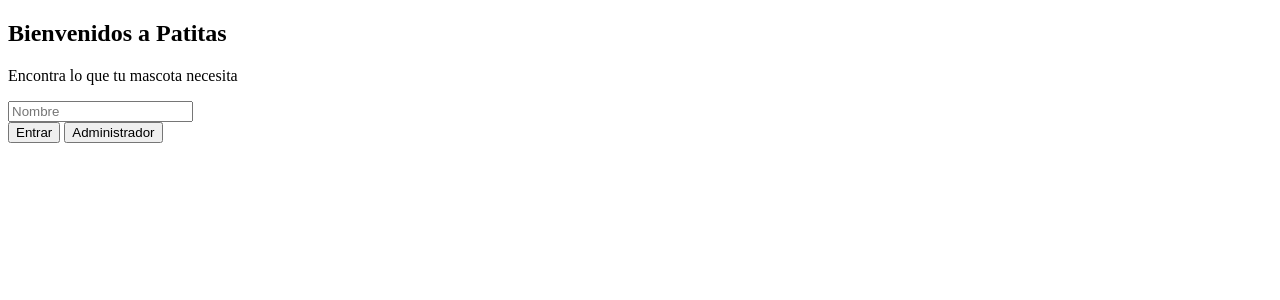
Repository: frank980-0/TP_Integrador_Progra_3
Page: public/index.html
The author's editor kept a copy of each file at every save. The page is drawn from the files as they stood at one save, then again after the next save.
The browser window is 1280 px wide. The pictures show the whole page.

Above is the page before, as saved 2026-05-30 13:02:49.

### public/index.html
<!doctype html>
<html lang="es">

<head>
  <meta charset="UTF-8" />
  <meta name="viewport" content="width=device-width, initial-scale=1.0" />
  <title>Patitas</title>
  <link rel="stylesheet" href="./css/estilos.css">
</head>

<body>
  <section id="pantalla-inicio">
    <h1>Bienvenidos a Patitas</h1>
    <p>Encontra lo que tu mascota necesita</p>
    <input type="text" id="input-nombre" placeholder="Nombre" required />
    <div class="botones_inicio">
      <button id="btn-entrar">Entrar</button>
      <button id="btn-admin">Administrador</button>
    </div>
  </section>

  <section id="pantalla-login-admin" class="oculta">
    <h2>Ingreso de Personal</h2>
    <p>Por favor, valide su identidad para gestionar la tienda.</p>

    <div style="margin-bottom: 10px;">
      <input type="text" id="input-admin-user" placeholder="Usuario">
    </div>
    <div style="margin-bottom: 10px;">
      <input type="password" id="input-admin-pass" placeholder="Contraseña">
    </div>

    <button id="btn-validar-admin">Ingresar</button>
    <button id="btn-cancelar-admin">Cancelar</button>
  </section>

  <section id="pantalla-admin" class="oculta">
    <h2>Panel de Administración</h2>
    <p>Acá se gestionará el stock de la tienda.</p>

    <div id="contenedor-gestion-productos"></div>

    <button id="btn-volver-admin">Volver al Inicio</button>
  </section>

  <section id="pantalla-productos" class="ocultar">
    <h2>Catalogo</h2>
    <div>Carrito</div>
    <nav>
      <button id="btn-filtro-todos">Todos</button>
      <button id="btn-filtro-perros">Perros</button>
      <button id="btn-filtro-gatos">Gatos</button>
    </nav>
    <div id="lista_productos"></div>
  </section>

  <section id="pantalla-carrito" class="oculta">
    <h2>Tu Carrito</h2>
    <div id="lista-carrito-detalle"></div>
    <h3>Total: $<span id="total-carrito">0</span></h3>
    <button id="btn-finalizar-compra">Finalizar Compra</button>
    <button id="btn-seguir-comprando">Seguir Comprando</button>
  </section>

  <section id="pantalla-ticket">
    <div id="ticket-contenido">
      <!-- Se llena dinámicamente -->
    </div>
    <button id="btn-salir-nuevo-cliente">Salir / Nuevo Cliente</button>
  </section>

  <script type="module" src="./js/main.js"></script>
</body>

</html>

### public/css/estilos.css
.oculta {
    display: none !important;
  }

### public/js/main.js
import {  } from './pantallaInicio.js';
import { renderizarProductos, productosDb } from './pantallaProductos.js';
import {  } from './pantallaCarrito.js';
import {  } from './pantallaTicket.js';

// --- ESTADO GLOBAL ---
let estado = {
  nombreCliente: '',
  carrito: [], // Array de objetos: { id, nombre, variante, precio, cantidad }
  productos: productosDb // Aquí cargarás tus datos (mock o API)
};


// 1. Capturamos todas las secciones
const secciones = {
  bienvenida: document.getElementById('pantalla-inicio'),
  catalogo: document.getElementById('pantalla-productos'),
  carrito: document.getElementById('pantalla-carrito'),
  ticket: document.getElementById('pantalla-ticket'),
  admin: document.getElementById('pantalla-admin'),

};



// 2. Función maestra para cambiar pantallas
export function mostrarPantalla(pantallaDeseada) {
  // Primero, le ponemos la clase "oculta" a TODAS
  Object.values(secciones).forEach(seccion => {
    seccion.classList.add('oculta');
  });

  // Segundo, se la sacamos SOLO a la que queremos ver
  secciones[pantallaDeseada].classList.remove('oculta');
}

// 3. Asignamos los eventos a los botones de navegación
document.getElementById('btn-entrar').addEventListener('click', () => {
  // Acá podrías capturar el nombre del input y guardarlo en tu estado global antes de cambiar
  mostrarPantalla('catalogo');
});

// Botón para entrar al panel de Administrador
document.getElementById('btn-admin').addEventListener('click', () => {
  mostrarPantalla('login-admin');
});

/*
document.getElementById('btn-ver-carrito').addEventListener('click', () => {
  mostrarPantalla('carrito');
});

document.getElementById('btn-seguir-comprando').addEventListener('click', () => {
  mostrarPantalla('catalogo');
});*/


// Arrancamos mostrando solo el inicio
mostrarPantalla('bienvenida');




//--- PANTALLA DE INICIO ---

//iniciarCompra();


// --- PANTALLA PRODUCTOS ---

renderizarProductos(estado.productos);



// --- PANTALLA CARRITO ---
//cargarProductos();


// --- PANTALLA TICKET ---
//generarTicket();



























/*

// --- 5. REINICIO ---
function reiniciarSistema() {
  estado.nombreCliente = '';
  estado.carrito = [];
  actualizarContador();
  document.getElementById('input-nombre').value = '';
  mostrarPantalla('pantalla-bienvenida');
}

// --- UTILIDAD: NAVEGACIÓN ---
function mostrarPantalla(idPantalla) {
  // Ocultar todas
  document.querySelectorAll('section').forEach(sec => sec.classList.add('oculta'));
  // Mostrar la deseada
  document.getElementById(idPantalla).classList.remove('oculta');
}

function volverAProductos() {
  mostrarPantalla('pantalla-productos');
}   */

### public/js/pantallaInicio.js

// --- 1. BIENVENIDA ---
function iniciarCompra() {
  const nombre = document.getElementById('input-nombre').value;
  if (!nombre.trim()) return alert("Por favor ingresa tu nombre");

  estado.nombreCliente = nombre;
  mostrarPantalla('pantalla-productos');
  renderizarProductos(estado.productos); // Carga los productos
}

### public/js/pantallaProductos.js
// 1. IMPORTACIONES (Si tenés tus productos en otro archivo)
// import { productosDb } from './pantallaProductos.js';

// Si no los tenés separados aún, usamos esta base de prueba:
export const productosDb = [
  { id: 1, nombre: 'Collar ajustable talle M', tipo: 'perro', precio: 5000 },
  { id: 2, nombre: 'Hueso de goma resistente', tipo: 'perro', precio: 2500 },
  { id: 3, nombre: 'Ratón de tela con sonido', tipo: 'gato', precio: 1500 },
  { id: 4, nombre: 'Torre rascador de 3 pisos', tipo: 'gato', precio: 18000 },
  { id: 5, nombre: 'Cepillo deslanador', tipo: 'ambos', precio: 4000 }
];

// 2. CAPTURAMOS LOS ELEMENTOS DEL DOM
const contenedorProductos = document.getElementById('lista_productos');
const btnTodos = document.getElementById('btn-filtro-todos');
const btnPerros = document.getElementById('btn-filtro-perros');
const btnGatos = document.getElementById('btn-filtro-gatos');

// 3. FUNCIÓN PARA DIBUJAR LOS PRODUCTOS
export function renderizarProductos(arrayProductos) {
  // Primero vaciamos el contenedor
  contenedorProductos.innerHTML = '';

  // Recorremos el array y creamos las tarjetitas
  arrayProductos.forEach(prod => {
    const card = document.createElement('div');
    card.className = 'producto-card'; // Podés darle estilos con CSS a esta clase
    card.innerHTML = `
      <h3>${prod.nombre}</h3>
      <p>Precio: $${prod.precio}</p>
      <button>Agregar al Carrito</button>
    `;
    contenedorProductos.appendChild(card);
  });
}

// 4. EVENT LISTENERS (La forma moderna y limpia)
btnTodos.addEventListener('click', () => {
  renderizarProductos(productosDb);
});

btnPerros.addEventListener('click', () => {
  // Filtramos solo los que son para perro o sirven para ambos
  const filtrados = productosDb.filter(prod => prod.tipo === 'perro' || prod.tipo === 'ambos');
  renderizarProductos(filtrados);
});

btnGatos.addEventListener('click', () => {
  // Filtramos solo los que son para gato o sirven para ambos
  const filtrados = productosDb.filter(prod => prod.tipo === 'gato' || prod.tipo === 'ambos');
  renderizarProductos(filtrados);
});

// 5. INICIALIZACIÓN
// Cuando cargue la página, mostramos todos por defecto
renderizarProductos(productosDb);

### public/js/pantallaCarrito.js

// --- 3. GESTIÓN DEL CARRITO ---
function agregarAlCarrito(id, nombre, variante, precio) {
  // Buscar si ya existe ese item exacto en el carrito
  const itemExistente = estado.carrito.find(item => item.id === id && item.variante === variante);

  if (itemExistente) {
    itemExistente.cantidad++; // Sumar cantidad si ya existe
  } else {
    // Crear nuevo item
    estado.carrito.push({ id, nombre, variante, precio, cantidad: 1 });
  }

  actualizarContador();
  alert("Producto agregado");
}

function eliminarProductoDelCarrito(index) {
  estado.carrito.splice(index, 1); // Eliminar por índice
  renderizarCarrito();
  actualizarContador();
}

function cambiarCantidad(index, delta) {
  const item = estado.carrito[index];
  item.cantidad += delta;

  if (item.cantidad <= 0) {
    eliminarProductoDelCarrito(index);
  } else {
    renderizarCarrito();
  }
}

function actualizarContador() {
  const totalItems = estado.carrito.reduce((sum, item) => sum + item.cantidad, 0);
  document.getElementById('contador-carrito').innerText = totalItems;
}

// --- 4. VISTAS DEL CARRITO Y TICKET ---
function irAlCarrito() {
  renderizarCarrito();
  mostrarPantalla('pantalla-carrito');
}

function renderizarCarrito() {
  const contenedor = document.getElementById('lista-carrito-detalle');
  contenedor.innerHTML = '';
  let total = 0;

  estado.carrito.forEach((item, index) => {
    const subtotal = item.precio * item.cantidad;
    total += subtotal;

    contenedor.innerHTML += `
      <div class="item-carrito">
        <p>${item.nombre} (${item.variante})</p>
        <div>
          <button onclick="cambiarCantidad(${index}, -1)">-</button>
          <span>${item.cantidad}</span>
          <button onclick="cambiarCantidad(${index}, 1)">+</button>
        </div>
        <p>$${subtotal}</p>
        <button onclick="eliminarProductoDelCarrito(${index})" style="background:red">Eliminar</button>
      </div>
    `;
  });

  document.getElementById('total-carrito').innerText = total;
}

function finalizarCompra() {
  if (estado.carrito.length === 0) return alert("El carrito está vacío");

  generarTicket();
  mostrarPantalla('pantalla-ticket');
}

### public/js/pantallaTicket.js
function generarTicket() {
  const fecha = new Date().toLocaleString();
  const total = estado.carrito.reduce((sum, item) => sum + (item.precio * item.cantidad), 0);

  let htmlItems = estado.carrito.map(item =>
    `<li>${item.cantidad} x ${item.nombre} (${item.variante}) - $${item.precio * item.cantidad}</li>`
  ).join('');

  const contenido = `
    <h2>Ticket de Compra</h2>
    <p><strong>Cliente:</strong> ${estado.nombreCliente}</p>
    <p><strong>Empresa:</strong> Pet Shop System</p>
    <p><strong>Fecha:</strong> ${fecha}</p>
    <hr>
    <ul>${htmlItems}</ul>
    <hr>
    <h3>Total Pagado: $${total}</h3>
    <p>¡Gracias por su compra!</p>
  `;

  document.getElementById('ticket-contenido').innerHTML = contenido;
}

After the next save:
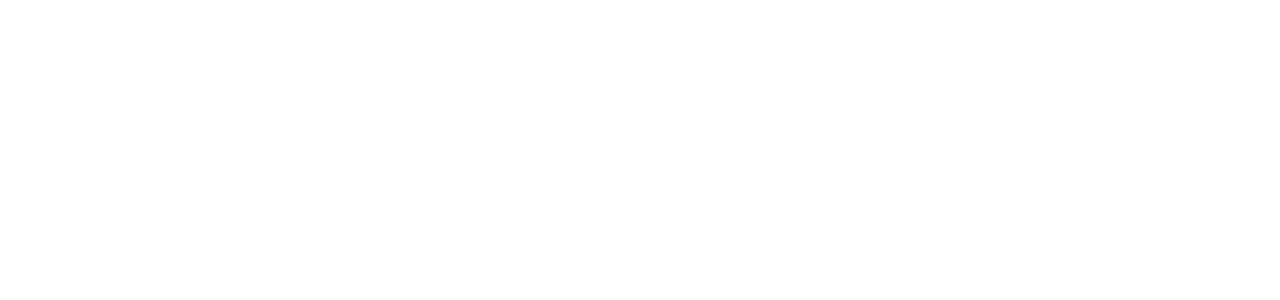
Console error: TypeError: Cannot read properties of null (reading 'classList')
Saved 5 s later.
--- a/public/js/main.js
+++ b/public/js/main.js
@@ -18,7 +18,7 @@
   carrito: document.getElementById('pantalla-carrito'),
   ticket: document.getElementById('pantalla-ticket'),
   admin: document.getElementById('pantalla-admin'),
-
+  loginAdmin: document.getElementById('login-admin')
 };
 
 

After the 3 saves that followed:
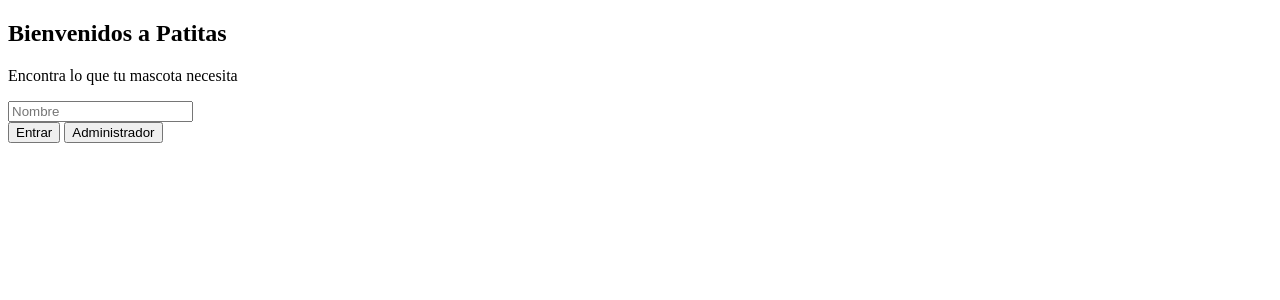
The error is gone.
The 3 saves are shown as one change because they came seconds apart.
The last was saved 11 s later.
--- a/public/js/main.js
+++ b/public/js/main.js
@@ -18,7 +18,7 @@
   carrito: document.getElementById('pantalla-carrito'),
   ticket: document.getElementById('pantalla-ticket'),
   admin: document.getElementById('pantalla-admin'),
-  loginAdmin: document.getElementById('login-admin')
+  loginAdmin: document.getElementById('pantalla-login-admin')
 };
 
 
